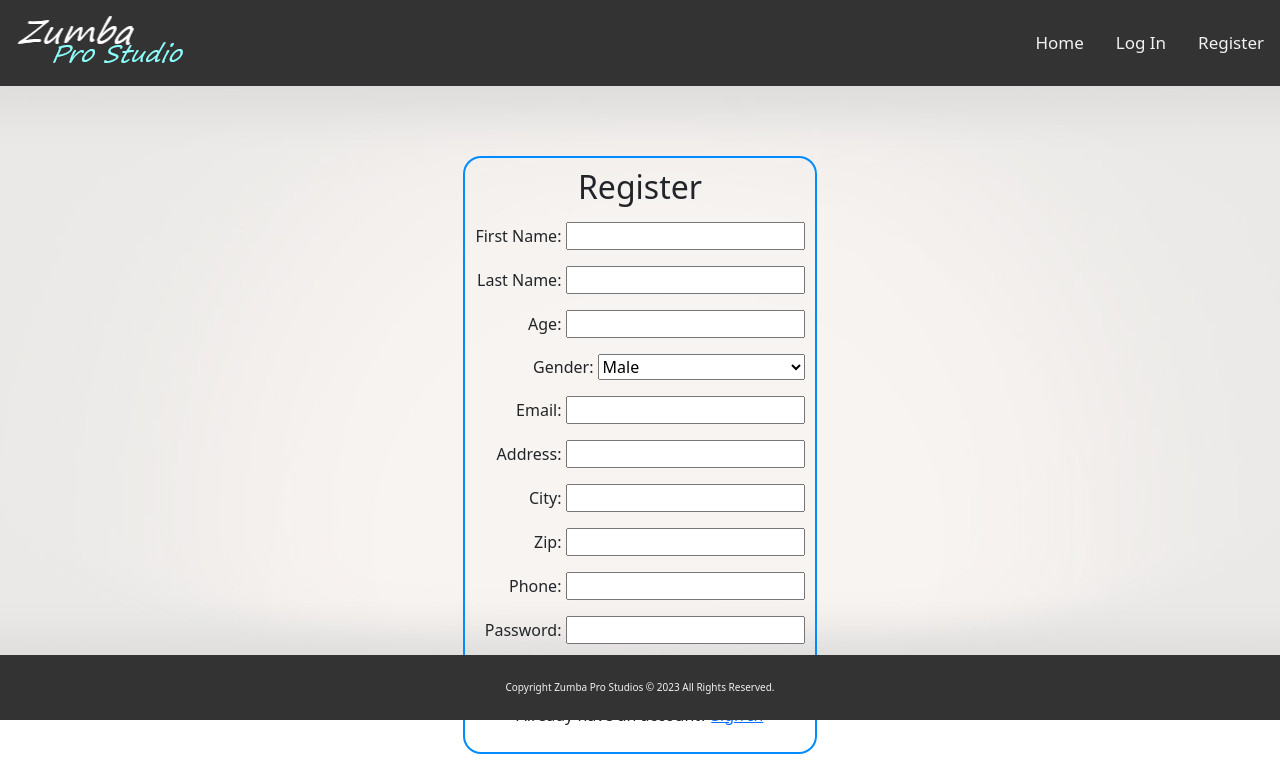
Repository: basemsamuel/Zumba
Page: http://localhost/ZumbaProStudio/register.jsp
The author's editor kept a copy of each file at every save. The page is drawn from the files as they stood at one save, then again after the next save.
The browser window is 1280 px wide. The pictures show the whole page.
The page is served by Tomcat 10. Other server files are loaded and not shown.

Above is the page before, as saved 2023-07-30 20:09:55.

### ZumbaProStudio/src/main/webapp/register.jsp
<jsp:include page="header.jsp"></jsp:include>
<div class="mycontainer">
	<div align="center">
	<br>
	<br>
	<br>
		<table class="formtable">
			<tr>
				<td style="padding: 10px;">
					<div class='center'>
						<form style="width: 100%;" action="Register" method = "POST">
						    <h2>Register</h2>

						    <div>
						        <p>
							        <div class='right'>
							            <label for="fname">First Name:</label>
							            <input type="text" id="fname" name="fname">
							        </div>
						        </p>
						    </div>

						    <div>
						        <p>
							        <div class='right'>
							            <label for="lname">Last Name:</label>
							            <input type="text" id="lname" name="lname">
							        </div>
						        </p>
						    </div>

						    <div>
						        <p>
							        <div class='right'>
							            <label for="age">Age:</label>
							            <input type="number" id="age" name="age">
							        </div>
						        </p>
						    </div>

						    <div>
						        <p>
							        <div class='right'>
							            <label for="gender">Gender:</label>
							            <select id="gender" name="gender" style="width:207px; height:26px">
							            	<option value="male">Male</option>
							            	<option value="female">Female</option>
							            </select>
							        </div>
						        </p>
						    </div>

						    <div>
						        <p>
							        <div class='right'>
							            <label for="email">Email:</label>
							            <input type="text" id="email" name="email">
							        </div>
						        </p>
						    </div>

						    <div>
						        <p>
							        <div class='right'>
							            <label for="address">Address:</label>
							            <input type="text" id="address" name="address">
							        </div>
						        </p>
						    </div>

						    <div>
						        <p>
							        <div class='right'>
							            <label for="city">City:</label>
							            <input type="text" id="city" name="city">
							        </div>
						        </p>
						    </div>

						    <div>
						        <p>
							        <div class='right'>
							            <label for="zipcode">Zip:</label>
							            <input type="text" id="zipcode" name="zipcode">
							        </div>
						        </p>
						    </div>


						    <div>
						        <p>
							        <div class='right'>
							            <label for="phone">Phone:</label>
							            <input type="number" id="phone" name="phone">
							        </div>
						        </p>
						    </div>

						    <div>
						        <p>
							        <div class='right'>
							            <label for="password">Password:</label>
							            <input type="password" id="password" name="password">
							        </div>
						        </p>
						    </div>


						    <div>
						        <p>
						            <button type="submit" value="Submit">Submit</button>
						            <button type="reset" value="Reset">Reset</button>
						        </p>
						    </div>

						    <div>
						    	<p>
						    		Already have an account? <a href="login.jsp">Sign In</a>
						    	</p>
						    </div>
						</form>
					</div>

				</td>
			</tr>
		</table>
		<br>
		<div class="emsg">
			<p>
				${errorMessage}
			</p>
		</div>
	</div>
</div>

<jsp:include page="footer.jsp"></jsp:include>

### ZumbaProStudio/src/main/webapp/header.jsp
<html lang="en">

<head>
    <meta charset="UTF-8">
    <meta http-equiv="X-UA-Compatible" content="IE=edge">
    <meta name="viewport" content="width=device-width, initial-scale=1.0">
    <title>Document</title>
    <link href="https://cdn.jsdelivr.net/npm/bootstrap@5.1.3/dist/css/bootstrap.min.css" rel="stylesheet" integrity="sha384-1BmE4kWBq78iYhFldvKuhfTAU6auU8tT94WrHftjDbrCEXSU1oBoqyl2QvZ6jIW3" crossorigin="anonymous">
    <link rel="stylesheet" type="text/css" href="css/styles.css" />
</head>

<body>
	 <div class="topnav">
		<img src="images/logo.png" alt="Zumba Pro Studio">
		<!-- <a class="active" href="#home">Home</a> -->
		<a href="register.jsp">Register</a>
		<a href="login.jsp">Log In</a>
		<a href="index.jsp">Home</a>
	</div>

### ZumbaProStudio/src/main/webapp/footer.jsp
<footer>
	Copyright Zumba Pro Studios © 2023 All Rights Reserved.
</footer>
</body>
</html>

### ZumbaProStudio/src/main/webapp/css/styles.css
		.topnav {
			 background-color: #333;
			 overflow: hidden;
				}

		/* Style the links inside the navigation bar */
		.topnav a {
			 float: right;
			 color: #f2f2f2;
			 text-align: center;
			 padding: 30px 16px;
			 text-decoration: none;
			 font-size: 17px;
		}

		.topnav img {
			 float: left;
			 color: #f2f2f2;
			 text-align: center;
			 padding: 14px 16px;
			 text-decoration: none;
			 font-size: 17px;
			 height: 80px;
		}

		/* Change the color of links on hover */
		.topnav a:hover {
			 background-color: #ddd;
			 color: black;
		}

		/* Add a color to the active/current link */
		.topnav a.active {
			 background-color: #04AA6D;
			 color: white;
		}

		footer {
		    background-color: #333;
		    color: #f2f2f2;
		    grid-area: footer;
		    width: 100%;
		    position: absolute;
  			bottom: 0;
  			padding: 25px;
  			text-align: center;
  			font-size: 10px;
		}

		.centerimage {
			height: 100%;
			width: auto;
			display: block;
			margin-left: auto;
			margin-right: auto;

		}

		.center {
			text-align: center;
		}
		.right {
			text-align: right;
		}

		.formtable {
			border-collapse: collapse;
			border-radius: 16px;
			box-shadow: 0 0 0 2px rgb(0, 140, 255);
		}

		.mycontainer {
			height: calc(100% - 150px);
			width: 100%;
			background-image: url('../images/bg.jpg');
			background-color: #333; /* Used if the image is unavailable */
			background-position: center; /* Center the image */
			background-repeat: no-repeat; /* Do not repeat the image */
			background-size: cover; /* Resize the background image to cover the entire container */
		}

		.emsg {
			font-size: 13px;
			color: #FF0000;
		}

After the next save:
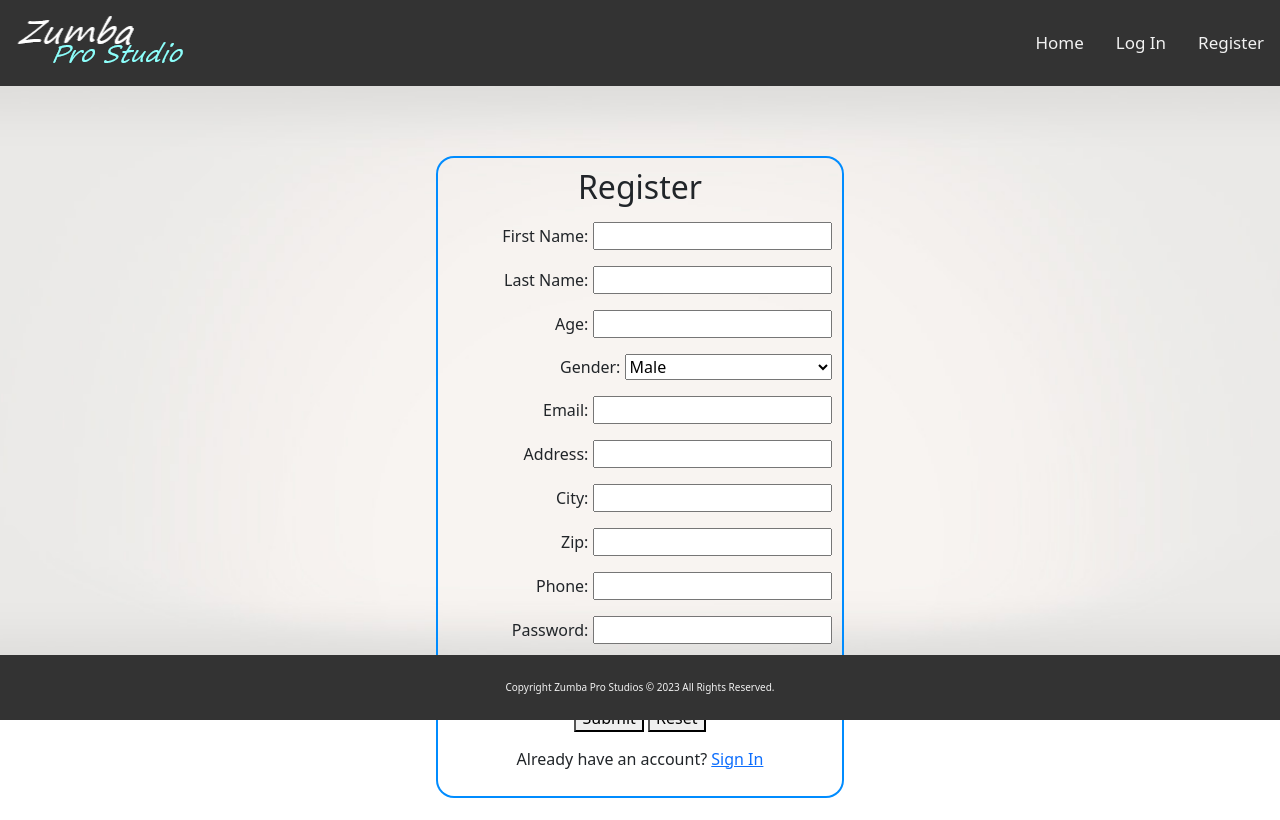
Saved 3 min 26 s later.
--- a/ZumbaProStudio/src/main/webapp/register.jsp
+++ b/ZumbaProStudio/src/main/webapp/register.jsp
@@ -104,6 +104,14 @@
 							        </div>
 						        </p>
 						    </div>
+						    <div>
+						        <p>
+							        <div class='right'>
+							            <label for="repassword">ReEnter Password:</label>
+							            <input type="password" id="repassword" name="repassword">
+							        </div>
+						        </p>
+						    </div>
 
 
 						    <div>
